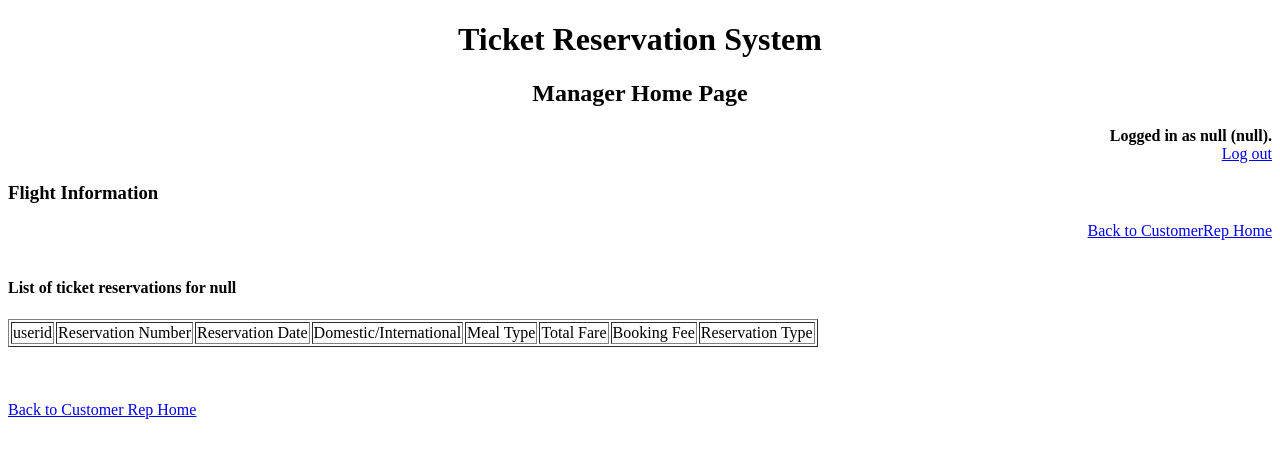
Repository: Pheazon/data_management
Page: http://localhost/cs336Final/reservationCustomer.jsp
The author's editor kept a copy of each file at every save. The page is drawn from the files as they stood at one save, then again after the next save.
The browser window is 1280 px wide. The pictures show the whole page.
The page is served by Tomcat 9. The database holds what the project's SQL file puts in it.

Above is the page before, as saved 2019-12-11 07:19:27.

After the next save:
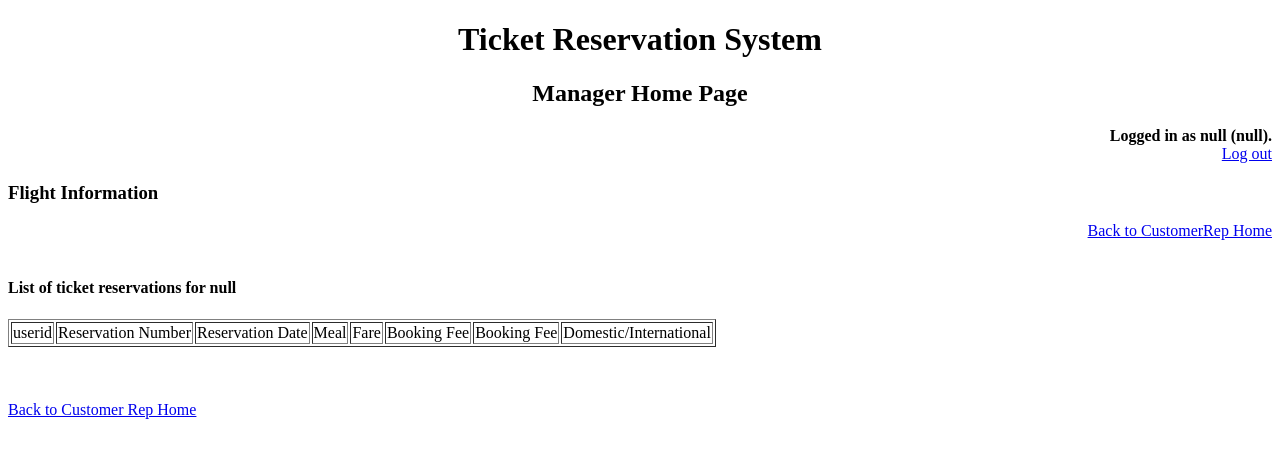
Saved 71 min 12 s later.
--- a/cs336Final/WebContent/reservationCustomer.jsp
+++ b/cs336Final/WebContent/reservationCustomer.jsp
@@ -72,7 +72,7 @@
 
 		//make a column
 		out.print("<td>");
-		out.print("Domestic/International");
+		out.print("Meal");
 		out.print("</td>");
 
 
@@ -87,12 +87,12 @@
 
 		//make a column
 		out.print("<td>");
-		out.print("Meal Type");
+		out.print("Fare");
 		out.print("</td>");
 
 		//make a column
 		out.print("<td>");
-		out.print("Total Fare");
+		out.print("Booking Fee");
 		out.print("</td>");
 
 
@@ -104,7 +104,7 @@
 
 		//make a column
 		out.print("<td>");
-		out.print("Reservation Type");
+		out.print("Domestic/International");
 		out.print("</td>");
 
 		out.print("</tr>");
